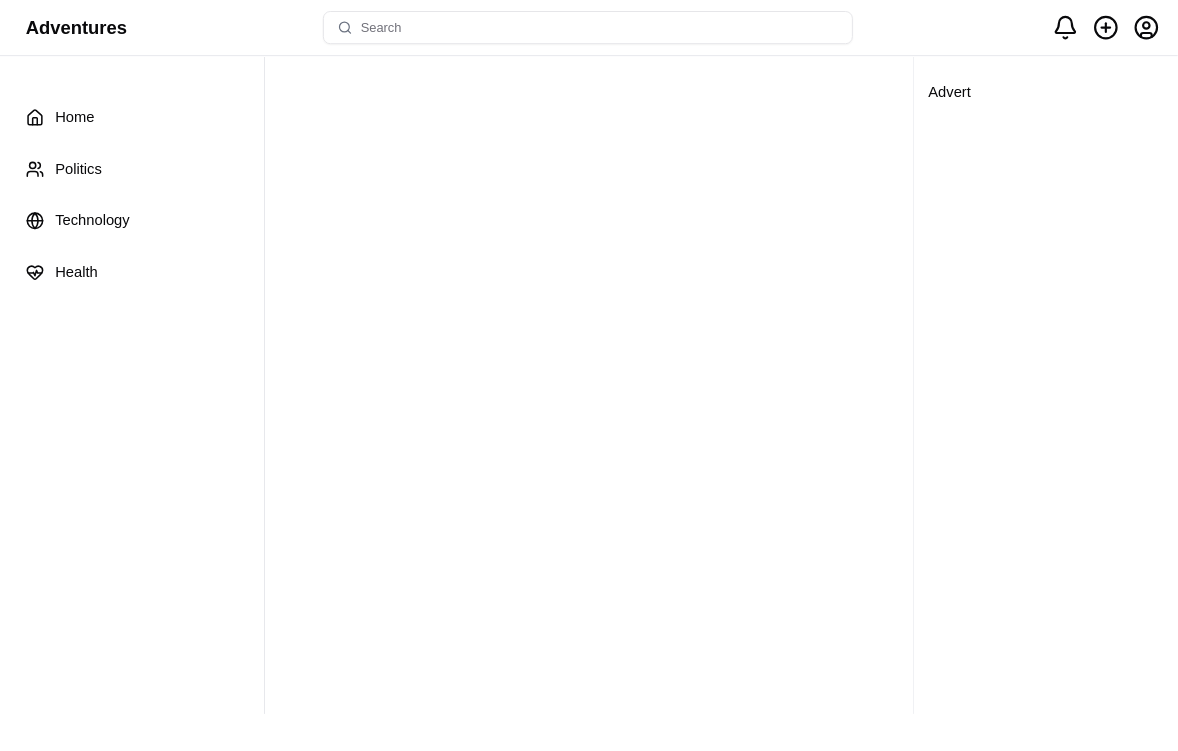
Repository: IssaMuiz/afrixpace-frontend
Page: /
The author's editor kept a copy of each file at every save. The page is drawn from the files as they stood at one save, then again after the next save.
The browser window is 1280 px wide. The pictures show the whole page, at 92% of full size.
The page's requests for data from a server got no answer. The project was rebuilt for these pictures with package versions that can differ from the ones it lists, and the page was loaded fresh each time. The framework's server and built-in components were replaced by stand-ins that run in the browser. No one was signed in, and anything a server would have sent is missing. Also part of the build but not shown: next.config.ts, components/ui/card.tsx, components/Vote.tsx, components/PostCard.tsx.

Above is the page before, as saved 2025-02-05 14:22:20.

After the next save:
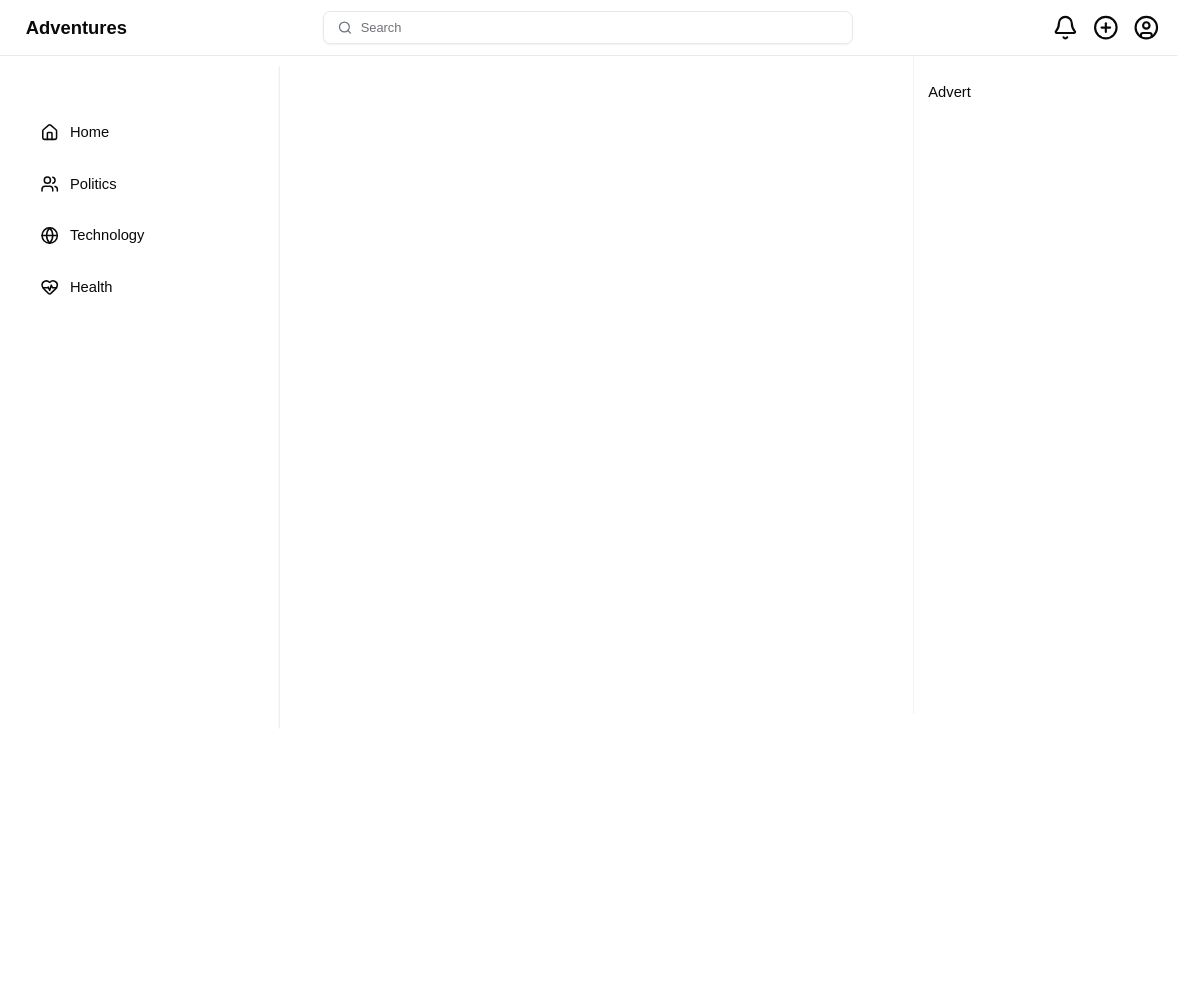
Saved 7 min 28 s later.
--- a/components/Sidebar.tsx
+++ b/components/Sidebar.tsx
@@ -31,7 +31,7 @@ const Sidebar = ({ isOpen, onClose }: SidebarProps) => {
 
   const pathname = usePathname();
   return (
-    <aside className="fixed top-14 left-0 bottom-0">
+    <aside>
       <div
         className={cn(
           "fixed inset-0 z-40 bg-black/30 transition-opacity xl:hidden",
@@ -41,7 +41,7 @@ const Sidebar = ({ isOpen, onClose }: SidebarProps) => {
       <div
         ref={sidebarRef}
         className={cn(
-          " w-72 border-r bg-white border-gray-200 h-screen dark:bg-gray-900 px-4 pt-12 transition-transform xl:z-0 z-50 xl:relative xl:translate-x-0",
+          "fixed top-14 left-0 bottom-0 w-72 border-r bg-white border-gray-200 h-screen dark:bg-gray-900 px-4 pt-12 transition-transform xl:z-0 z-50 xl:relative xl:translate-x-0",
           isOpen ? "translate-x-0" : "-translate-x-full"
         )}
       >
